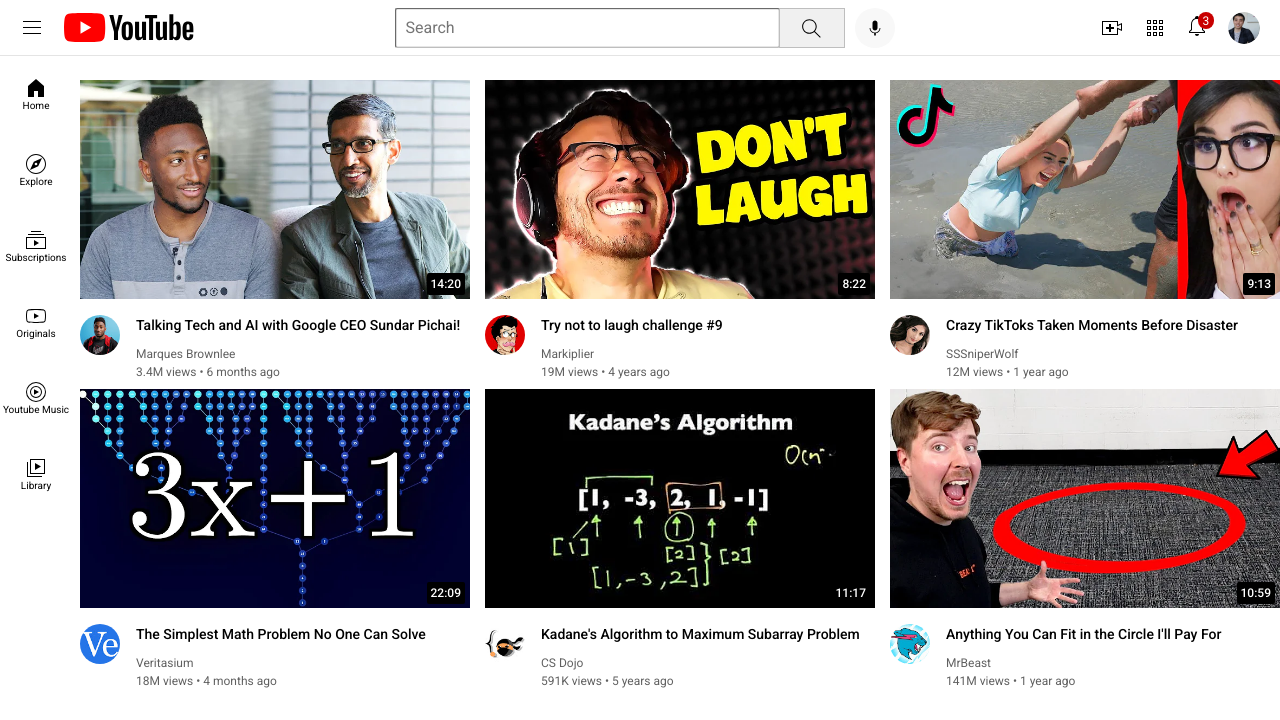
Repository: idahcarts-ux/html-css
Page: youtube.html
An editor plug-in stored every save of this project. The page is shown before and after the next save, followed by the edit.
The browser window is 1280 px wide. The pictures show the whole page.

Above is the page before, as saved 2025-11-20 21:09:07.

After the next save:
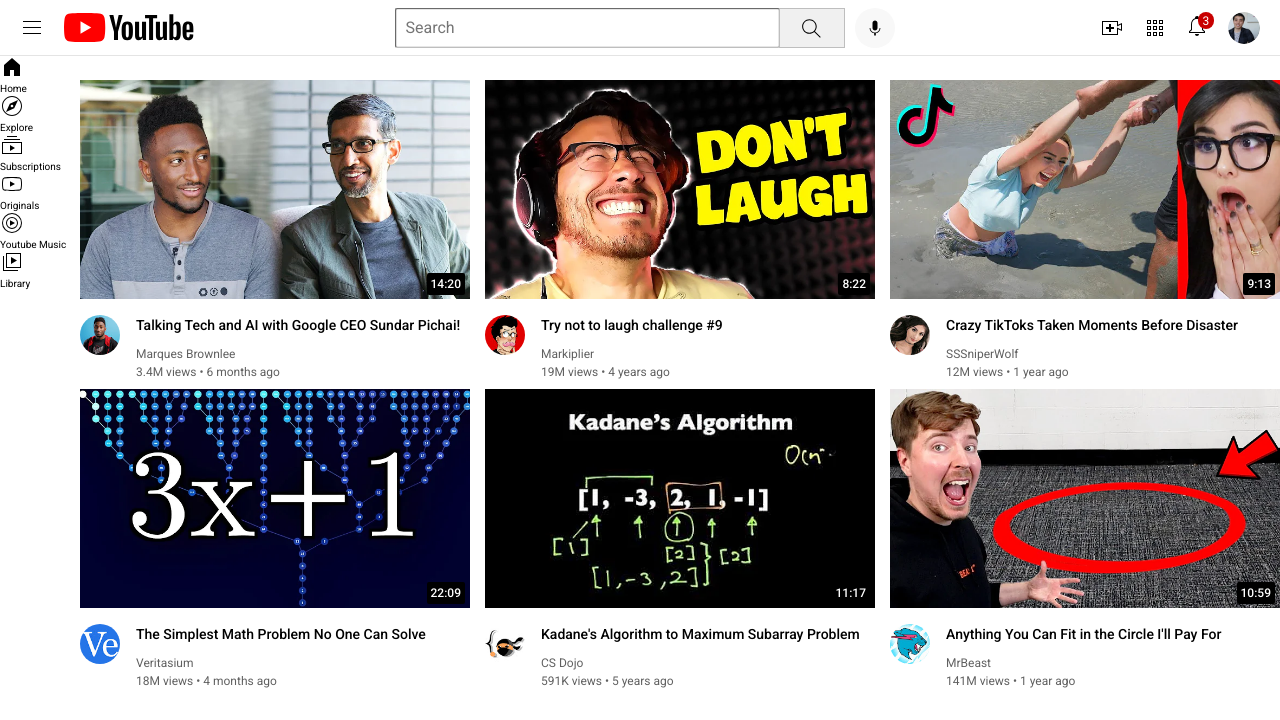
Saved 4 min 49 s later.
--- a/styles/sidebar.css
+++ b/styles/sidebar.css
@@ -8,7 +8,7 @@
 
 }
 .sidebar-link {
-  height: 76px;
+  height:
   display: flex;
   justify-content: center;
   align-items: center;

After the 2 saves that followed:
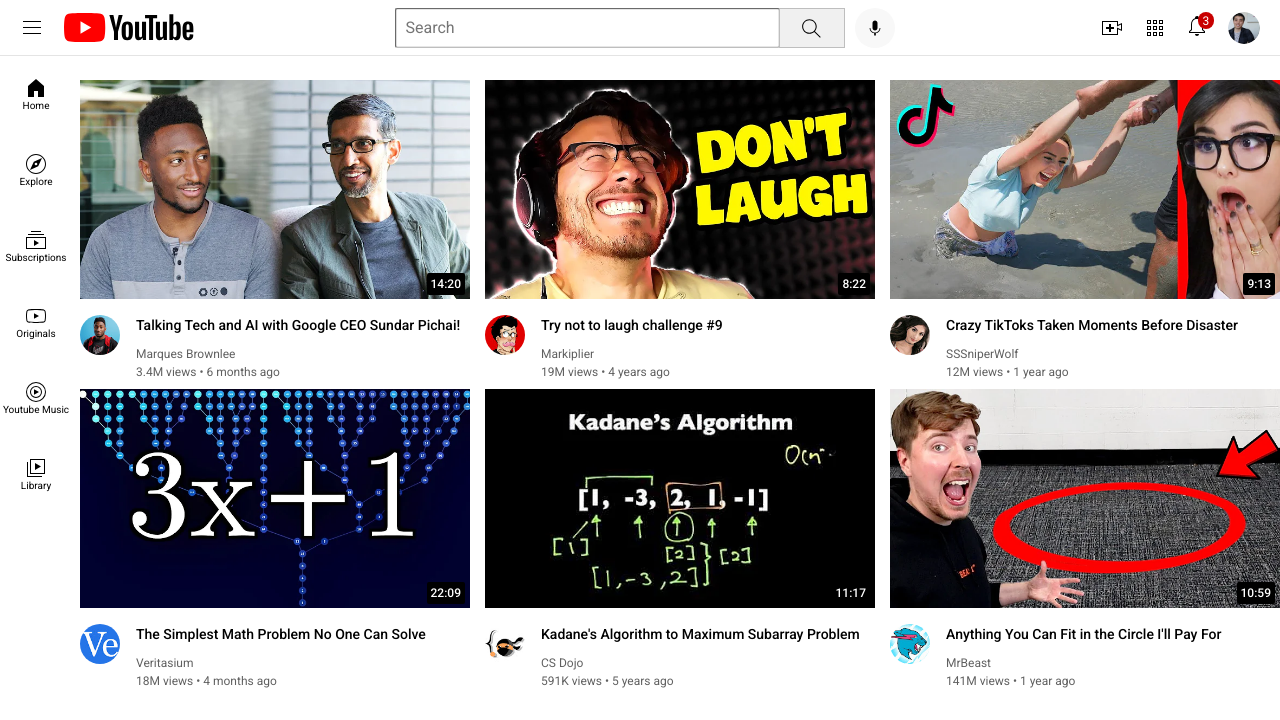
The 2 saves are shown as one change because they came seconds apart.
The last was saved 9 s later.
--- a/styles/sidebar.css
+++ b/styles/sidebar.css
@@ -8,7 +8,7 @@
 
 }
 .sidebar-link {
-  height:
+  height: 76px;
   display: flex;
   justify-content: center;
   align-items: center;
